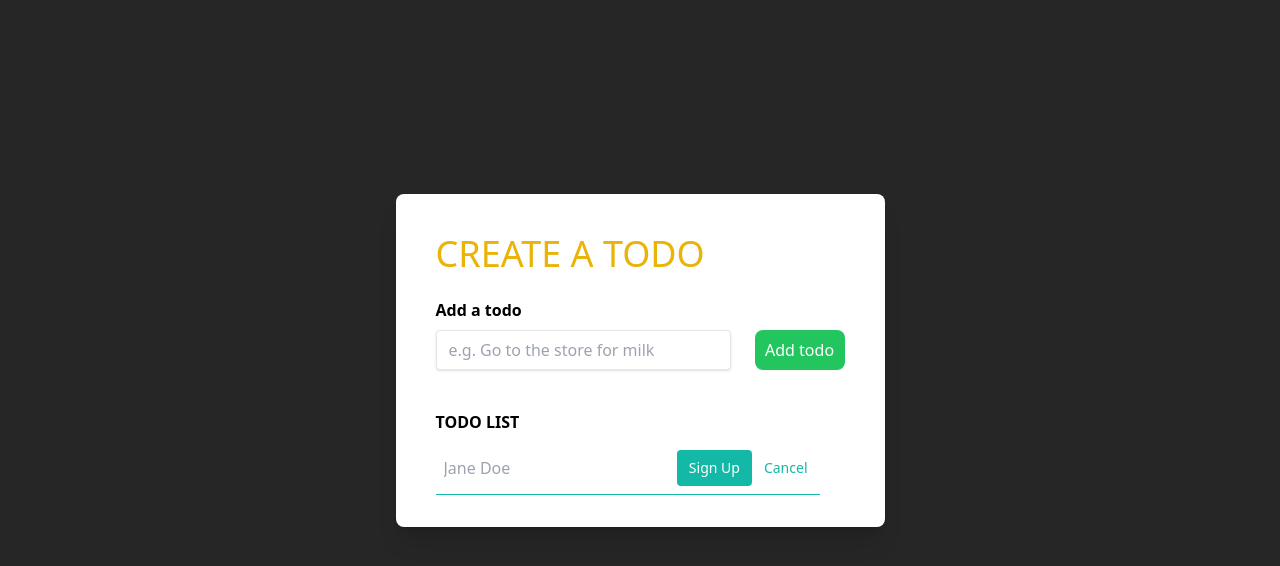
Repository: Kajo-lab/vue-todo
Page: /
The author's editor kept a copy of each file at every save. The page is drawn from the files as they stood at one save, then again after the next save.
The browser window is 1280 px wide. The pictures show the whole page.
The project was rebuilt for these pictures with package versions that can differ from the ones it lists, and the page was loaded fresh each time. Also part of the build but not shown: vite.config.js, webpack.config.js.

Above is the page before, as saved 2022-07-07 18:01:48.

After the next save:
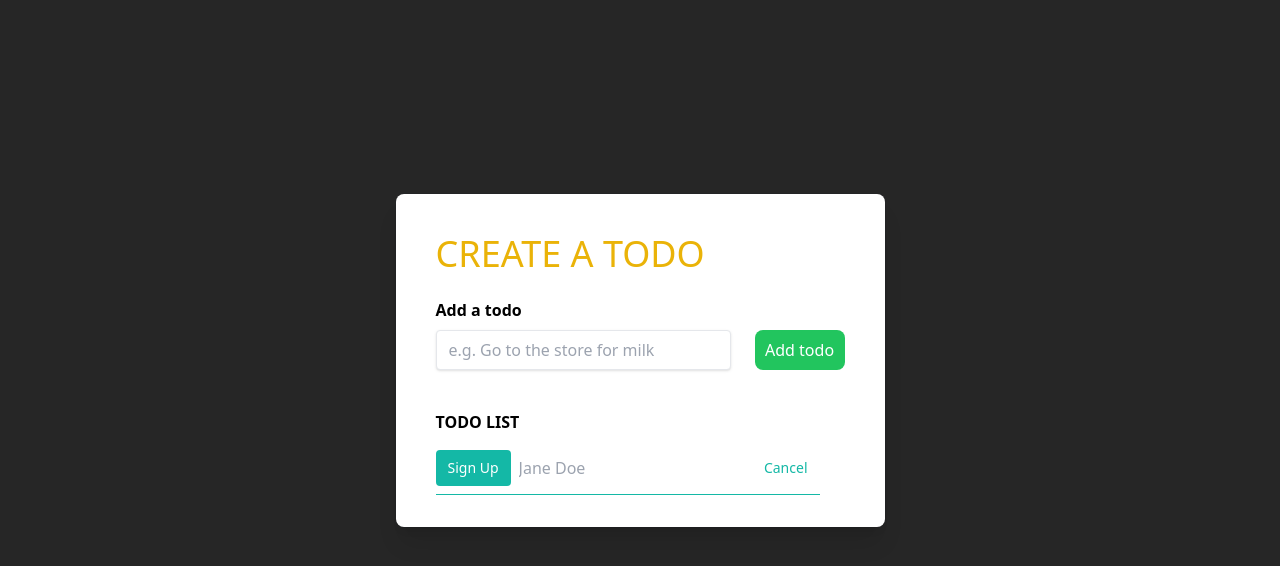
Saved 57 s later.
--- a/src/App.vue
+++ b/src/App.vue
@@ -85,12 +85,13 @@ onMounted(() => {
 							<button class="h-10 w-20 text-white rounded-lg bg-red-500 hover:bg-red-600" @click="removeTodo(todo)">Delete</button>
 						</div>
 					</div>
-					<form class="w-full max-w-sm">
+<form class="w-full max-w-sm">
   <div class="flex items-center border-b border-teal-500 py-2">
-    <input class="appearance-none bg-transparent border-none w-full text-gray-700 mr-3 py-1 px-2 leading-tight focus:outline-none" type="text" placeholder="Jane Doe" aria-label="Full name">
-    <button class="flex-shrink-0 bg-teal-500 hover:bg-teal-700 border-teal-500 hover:border-teal-700 text-sm border-4 text-white py-1 px-2 rounded" type="button">
+	    <button class="flex-shrink-0 bg-teal-500 hover:bg-teal-700 border-teal-500 hover:border-teal-700 text-sm border-4 text-white py-1 px-2 rounded" type="button">
       Sign Up
     </button>
+    <input class="appearance-none bg-transparent border-none w-full text-gray-700 mr-3 py-1 px-2 leading-tight focus:outline-none" type="text" placeholder="Jane Doe" aria-label="Full name">
+
     <button class="flex-shrink-0 border-transparent border-4 text-teal-500 hover:text-teal-800 text-sm py-1 px-2 rounded" type="button">
       Cancel
     </button>
